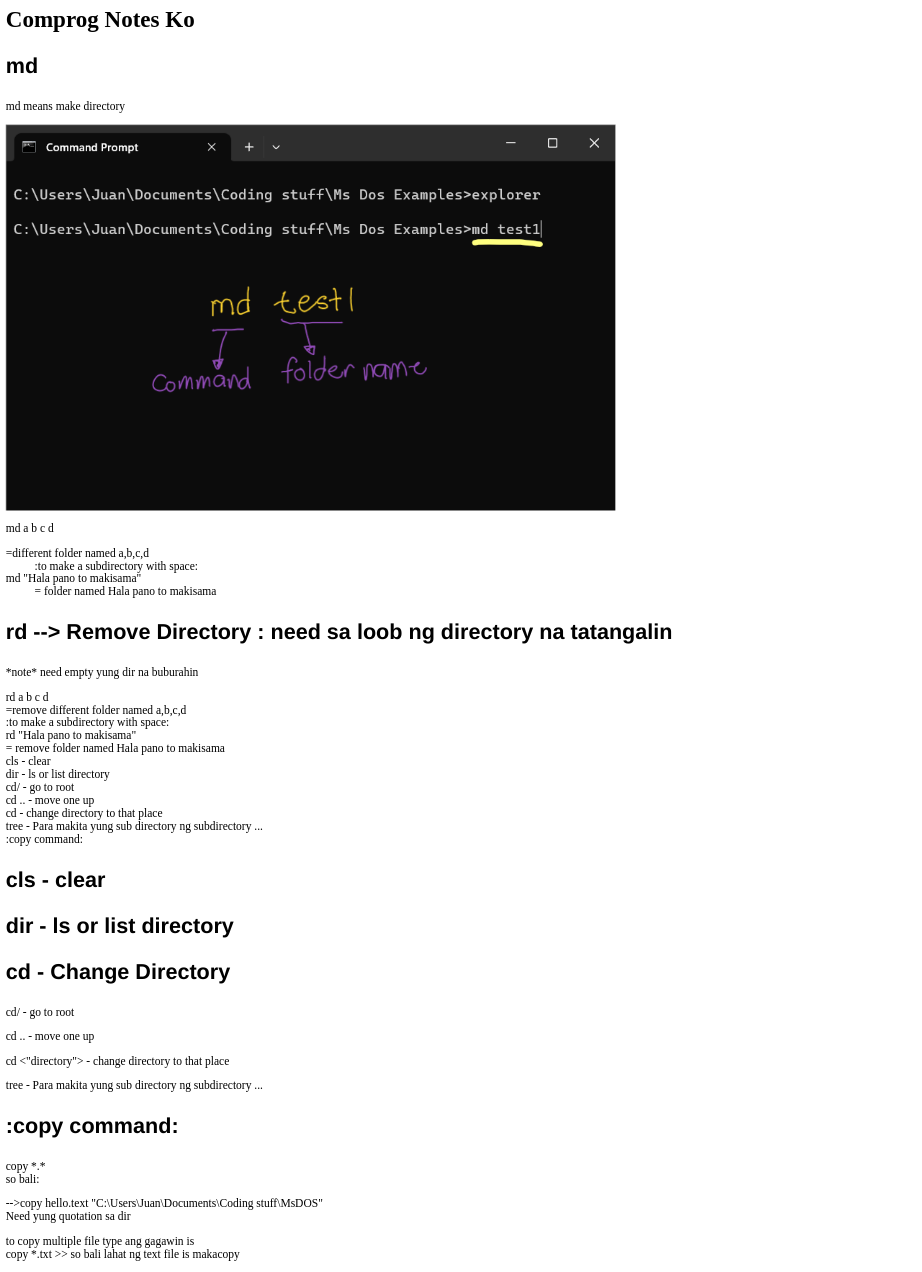
Repository: zwainer/Comprog
Page: index.html
The author's editor kept a copy of each file at every save. The page is drawn from the files as they stood at one save, then again after a run of saves.
The browser window is 1280 px wide. The pictures show the whole page, at 72% of full size.

Above is the page before, as saved 2023-05-05 22:29:00.

After the next 4 saves:
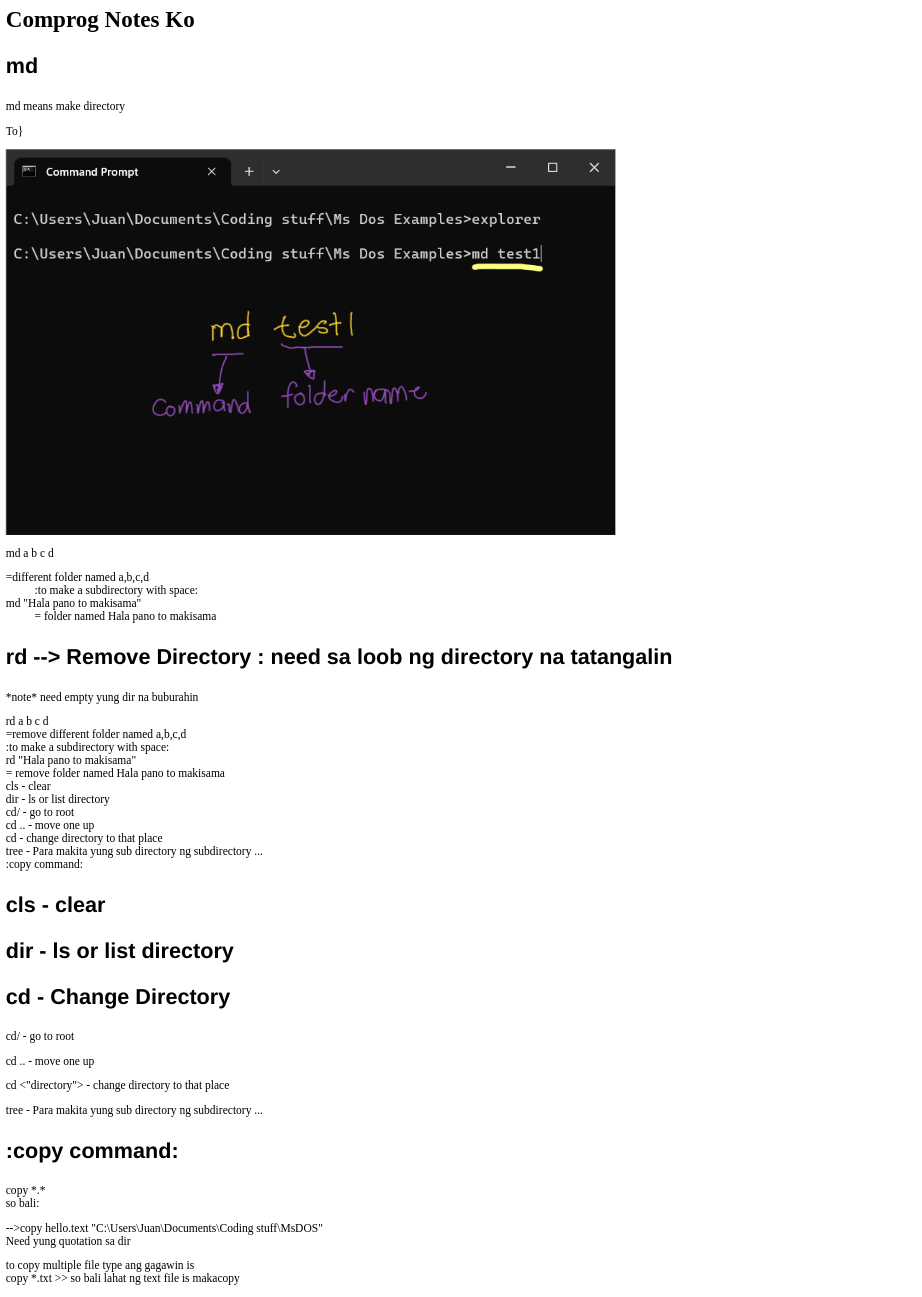
The 4 saves are shown as one change because they came seconds apart.
The last was saved 9 s later.
--- a/index.html
+++ b/index.html
@@ -12,6 +12,8 @@
 	</p>
 
 	<p>md means make directory<br/></p>
+	<p>To}<br/></p>
+
 	<img src="pictures/1_1.png">
 
 	<p>md a b c d  <br/></p>
